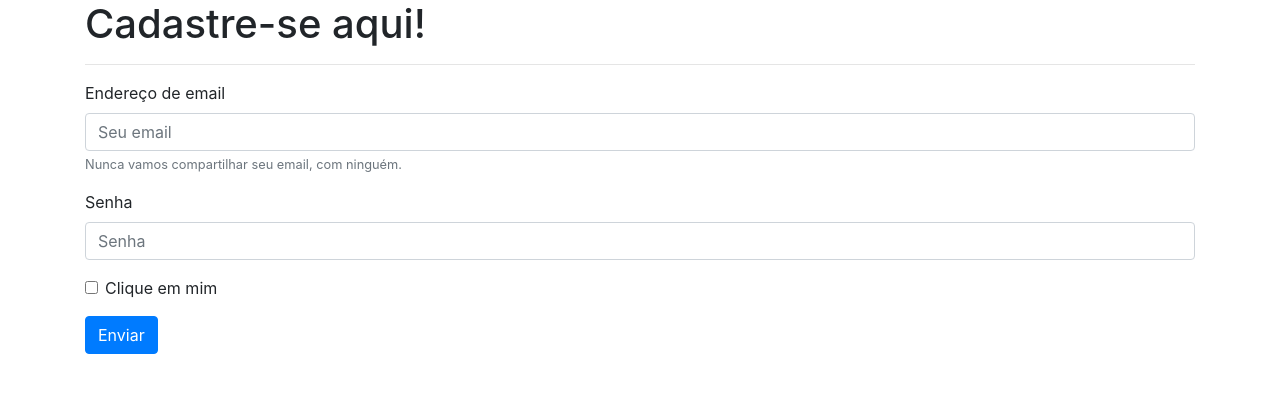
Repository: RickFernandez/Cadastro-Traveller
Page: http://localhost/cadastroUsuario
The author's editor kept a copy of each file at every save. The page is drawn from the files as they stood at one save, then again after the next save.
The browser window is 1280 px wide. The pictures show the whole page.
The page is this project's Thymeleaf template; nobody is signed in. The template is opened directly, without the code that normally fills it, so the values that code supplies are empty.

Above is the page before, as saved 2022-05-30 01:48:24.

After the next save:
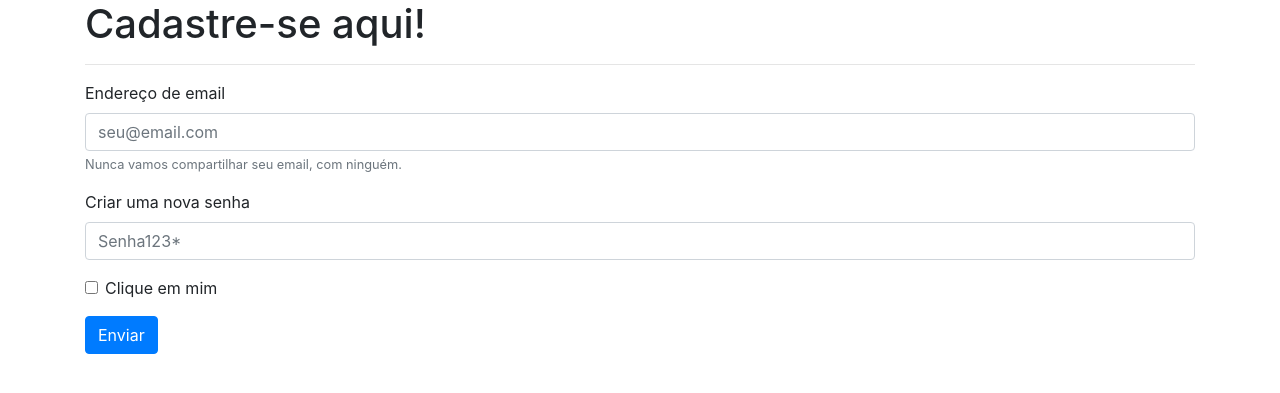
Saved 49 s later.
--- a/Traveller/src/main/resources/templates/cadastroUsuario.html
+++ b/Traveller/src/main/resources/templates/cadastroUsuario.html
@@ -14,12 +14,12 @@
 	<form>
 	  <div class="form-group">
 	    <label for="exampleInputEmail1">Endereço de email</label>
-	    <input type="email" class="form-control" id="exampleInputEmail1" aria-describedby="emailHelp" placeholder="Seu email">
+	    <input type="email" class="form-control" id="exampleInputEmail1" aria-describedby="emailHelp" placeholder="seu@email.com">
 	    <small id="emailHelp" class="form-text text-muted">Nunca vamos compartilhar seu email, com ninguém.</small>
 	  </div>
 	  <div class="form-group">
-	    <label for="exampleInputPassword1">Senha</label>
-	    <input type="password" class="form-control" id="exampleInputPassword1" placeholder="Senha">
+	    <label for="exampleInputPassword1">Criar uma nova senha</label>
+	    <input type="password" class="form-control" id="exampleInputPassword1" placeholder="Senha123*">
 	  </div>
 	  <div class="form-group form-check">
 	    <input type="checkbox" class="form-check-input" id="exampleCheck1">
